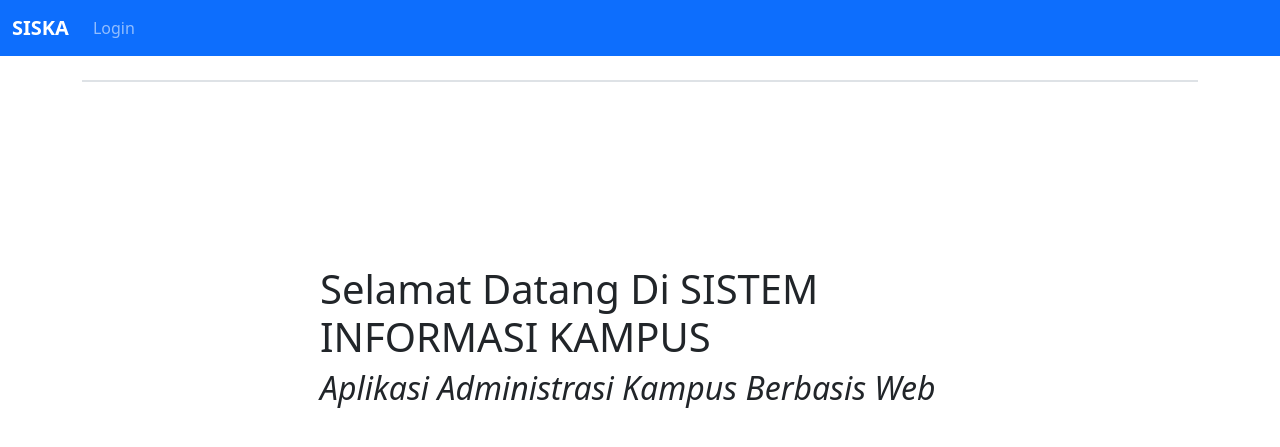
Repository: WiraAtma/administrasi-kampus
Page: http://localhost/
An editor plug-in stored every save of this project. The page is shown before and after the next save, followed by the edit.
The browser window is 1280 px wide. The pictures show the whole page.
The page is served by the project's Laravel application, run on PHP 8.4 with Laravel 12. Other server files are loaded and not shown.

Above is the page before, as saved 2024-10-25 15:27:12.

### routes/web.php
<?php

use App\Http\Controllers\AuthController;
use App\Http\Controllers\FakultasController;
use App\Http\Controllers\MahasiswaController;
use App\Http\Controllers\ProdiController;
use App\Http\Middleware\AdminAccess;
use App\Http\Middleware\DosenAccess;
use Illuminate\Support\Facades\Route;

Route::get('/', function() {
    return view('home');
});

Route::get('/login', [AuthController::class, 'login'])->name('login')->middleware('guest');
Route::post('/login', [AuthController::class, 'authenticing'])->middleware('guest');
Route::get('/logout', [AuthController::class, 'logout']);

Route::get('/mahasiswa', [MahasiswaController::class, 'index'])->middleware('auth');
Route::get('/mahasiswa-detail/{id}', [MahasiswaController::class, 'show'])->middleware('auth');
Route::get('/mahasiswa-create', [MahasiswaController::class, 'create'])->middleware([AdminAccess::class]);
Route::post('/filter-mahasiswa', [MahasiswaController::class, 'store'])->middleware([AdminAccess::class]);
Route::get('/mahasiswa-edit/{id}', [MahasiswaController::class, 'edit'])->middleware([DosenAccess::class]);
Route::put('/filter-mahasiswa/{id}', [MahasiswaController::class, 'update'])->middleware([DosenAccess::class]);
Route::get('/mahasiswa-delete/{id}', [MahasiswaController::class, 'delete'])->middleware([AdminAccess::class]);
Route::delete('/filter-delete-mahasiswa/{id}', [MahasiswaController::class, 'destroy'])->middleware([AdminAccess::class]);
Route::get('/mahasiswa-temporary', [MahasiswaController::class, 'mahasiswaDeleted'])->middleware([AdminAccess::class]);
Route::get('/filter-restore-mahasiswa/{id}', [MahasiswaController::class, 'restore'])->middleware([AdminAccess::class]);

Route::get('/prodi', [ProdiController::class, 'index'])->middleware('auth');
Route::get('/prodi-detail/{id}', [ProdiController::class, 'show'])->middleware('auth');
Route::get('/prodi-create', [ProdiController::class, 'create'])->middleware([AdminAccess::class]);
Route::post('/filter-prodi', [ProdiController::class, 'store'])->middleware([AdminAccess::class]);
Route::get('/prodi-edit/{id}', [ProdiController::class, 'edit'])->middleware([DosenAccess::class]);
Route::post('/filter-prodi/{id}', [ProdiController::class, 'update'])->middleware([DosenAccess::class]);
Route::get('/prodi-delete/{id}', [ProdiController::class, 'delete'])->middleware([AdminAccess::class]);
Route::delete('/filter-delete-prodi/{id}', [ProdiController::class, 'destroy'])->middleware(AdminAccess::class);
Route::get('/prodi-temporary', [ProdiController::class, 'prodiDeleted'])->middleware([AdminAccess::class]);
Route::get('/filter-restore-prodi/{id}', [ProdiController::class, 'restore'])->middleware([AdminAccess::class]);

Route::get('/fakultas', [FakultasController::class, 'index'])->middleware('auth');

### resources/views/home.blade.php
@extends('layouts.mainLayouts')

@section('title', 'Beranda')

@section('content')
<div class="container d-flex border">
    <div class="wrapper position-absolute top-50 start-50 translate-middle text">
        <h1>Selamat Datang Di SISTEM INFORMASI KAMPUS</h1>
        <h2><i>Aplikasi Administrasi Kampus Berbasis Web</i></h2>
        <div class="mt-5">
        @if(auth()->check() && auth()->user()->name != '')
            <h6>User Login : {{ Auth::user()->name }}</h6>
            <h6>User Position : {{ Auth::user()->role->name }}</h6>
        @else
        @endif
    </div>
    </div>

</div>

@endsection

### resources/views/layouts/mainLayouts.blade.php
<!DOCTYPE html>
<html lang="en">
<head>
    <meta charset="UTF-8">
    <meta name="viewport" content="width=device-width, initial-scale=1.0">
    <meta http-equiv="X-UA-Compatible" content="ie=edge">
    <title>SISKA | @yield('title')</title>
    <link href="https://cdn.jsdelivr.net/npm/bootstrap@5.3.3/dist/css/bootstrap.min.css" rel="stylesheet" integrity="sha384-QWTKZyjpPEjISv5WaRU9OFeRpok6YctnYmDr5pNlyT2bRjXh0JMhjY6hW+ALEwIH" crossorigin="anonymous">
</head>
<body>
    <nav class="navbar sticky-top bg-primary navbar-expand-lg" data-bs-theme="dark">
        <div class="container-fluid">
          <a class="navbar-brand" href="/" style="font-weight: bold">SISKA</a>
          <button class="navbar-toggler" type="button" data-bs-toggle="collapse" data-bs-target="#navbarTogglerDemo02" aria-controls="navbarTogglerDemo02" aria-expanded="false" aria-label="Toggle navigation">
            <span class="navbar-toggler-icon"></span>
          </button>
          <div class="collapse navbar-collapse" id="navbarTogglerDemo02">
            @if(auth()->check() && auth()->user()->name != '')
              <ul class="navbar-nav me-auto mb-2 mb-lg-0">
                <li class="nav-item">
                  <a class="nav-link {{ request()->is('/') ? 'active' : ''}}" href="/">Beranda</a>
                </li>
                <li class="nav-item">
                  <a class="nav-link {{ request()->is('mahasiswa') ? 'active' : ''}}" href="/mahasiswa">Mahasiswa</a>
                </li>
                <li class="nav-item">
                  <a class="nav-link {{ request()->is('prodi') ? 'active' : ''}}" href="/prodi">Program Studi</a>
                </li>
                <li class="nav-item">
                  <a class="nav-link {{ request()->is('fakultas') ? 'active' : ''}}" href="/fakultas">Fakultas Kampus</a>
                </li>
              </ul>
            @else
            @endif
            <ul class="navbar-nav">
              <li class="nav-item">
                @if(auth()->check() && auth()->user()->name != '')
                  <a href="/logout" class="nav-link">Logout</a>
                @else
                  <a href="/login" class="nav-link">Login</a>
                @endif
              </li>
            </ul>
          </div>
        </div>
    </nav>
    <div class="container mt-4">
        @yield('content')
    </div>
    <script src="https://cdn.jsdelivr.net/npm/bootstrap@5.3.3/dist/js/bootstrap.bundle.min.js" integrity="sha384-YvpcrYf0tY3lHB60NNkmXc5s9fDVZLESaAA55NDzOxhy9GkcIdslK1eN7N6jIeHz" crossorigin="anonymous"></script>
</body>
</html>

After the next save:
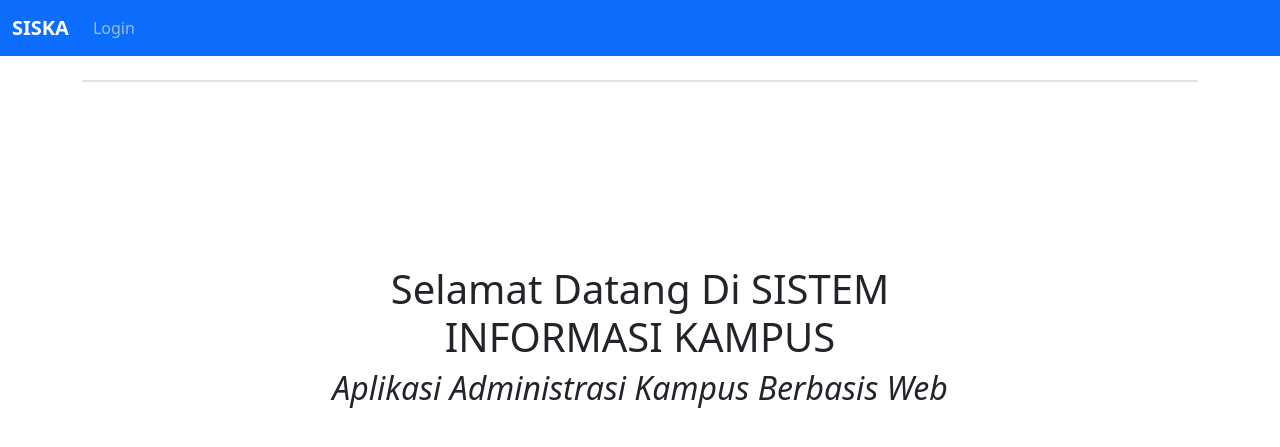
Saved 12 s later.
--- a/resources/views/home.blade.php
+++ b/resources/views/home.blade.php
@@ -4,7 +4,7 @@
 
 @section('content')
 <div class="container d-flex border">
-    <div class="wrapper position-absolute top-50 start-50 translate-middle text">
+    <div class="wrapper position-absolute top-50 start-50 translate-middle text-center">
         <h1>Selamat Datang Di SISTEM INFORMASI KAMPUS</h1>
         <h2><i>Aplikasi Administrasi Kampus Berbasis Web</i></h2>
         <div class="mt-5">
